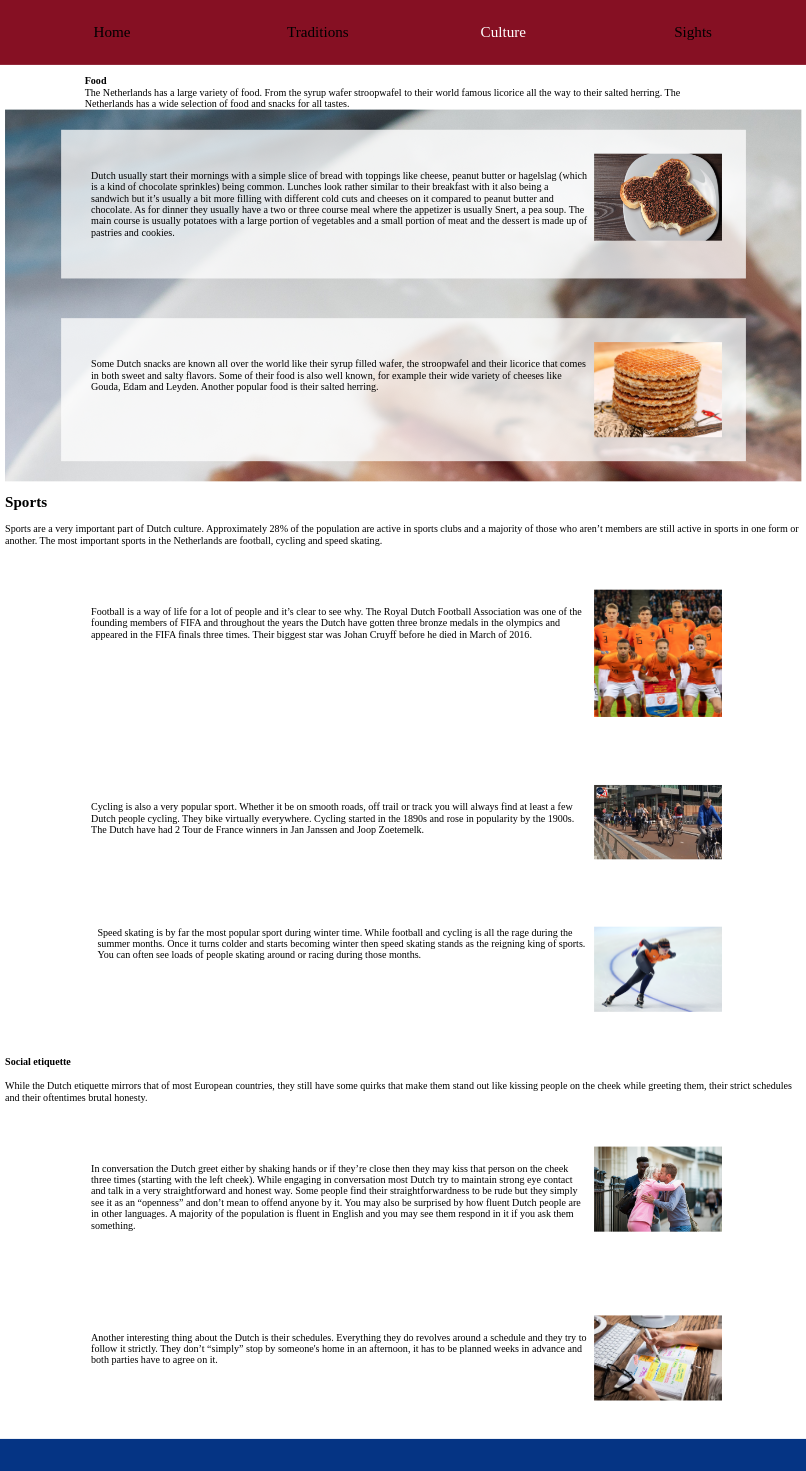
Repository: Cornman63/The-netherlands
Page: html/culture.html
The author's editor kept a copy of each file at every save. The page is drawn from the files as they stood at one save, then again after the next save.
The browser window is 1280 px wide. The pictures show the whole page, at 63% of full size.

Above is the page before, as saved 2023-05-28 12:52:48.

After the next save:
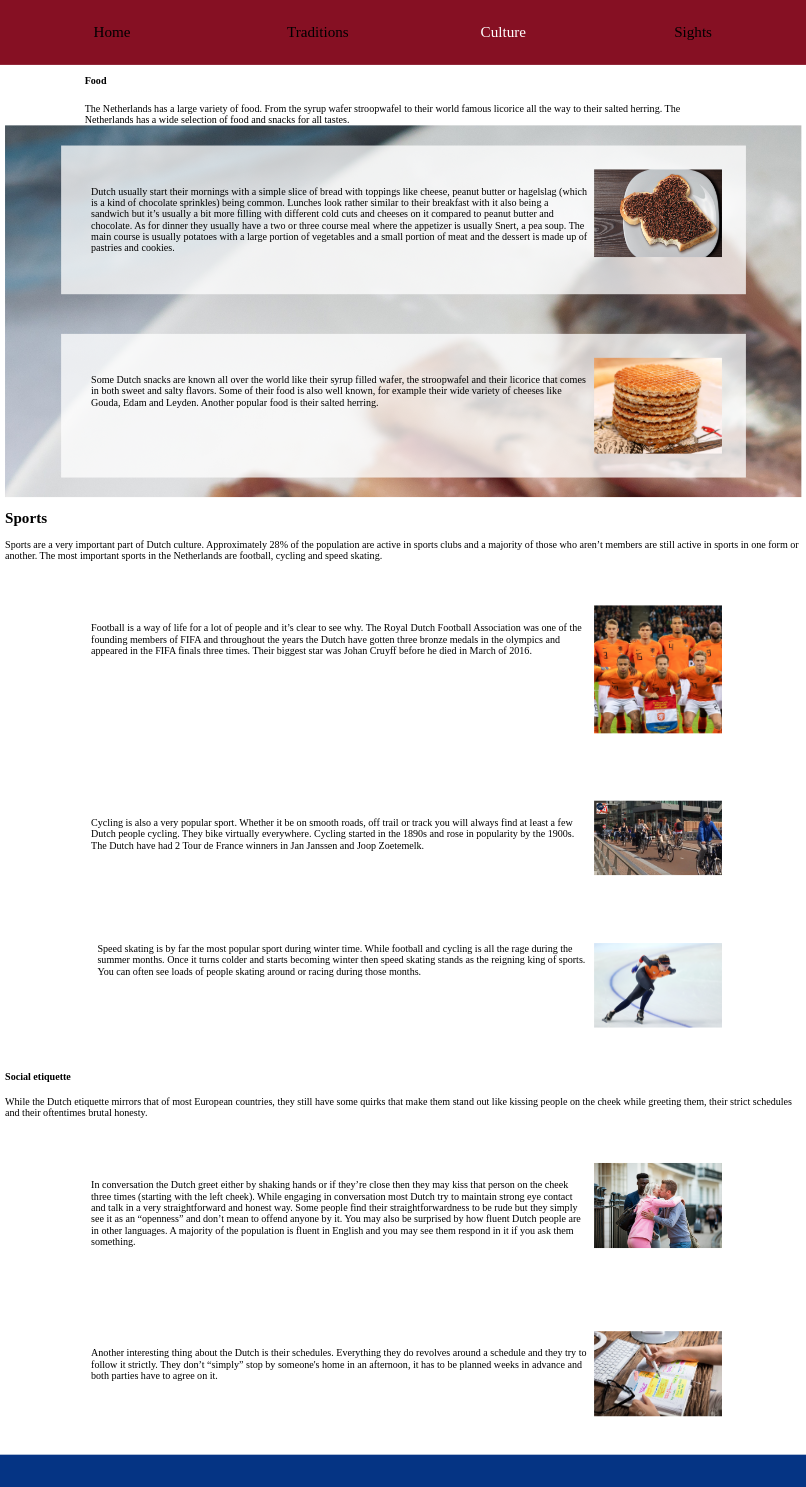
Saved 8 s later.
--- a/CSS/style2.css
+++ b/CSS/style2.css
@@ -54,6 +54,7 @@ footer{
     justify-content: center;
     align-content:center;
     margin-top: 2%;
+    margin-bottom: 2%;
 }
 .item{
     max-width: 80%;
